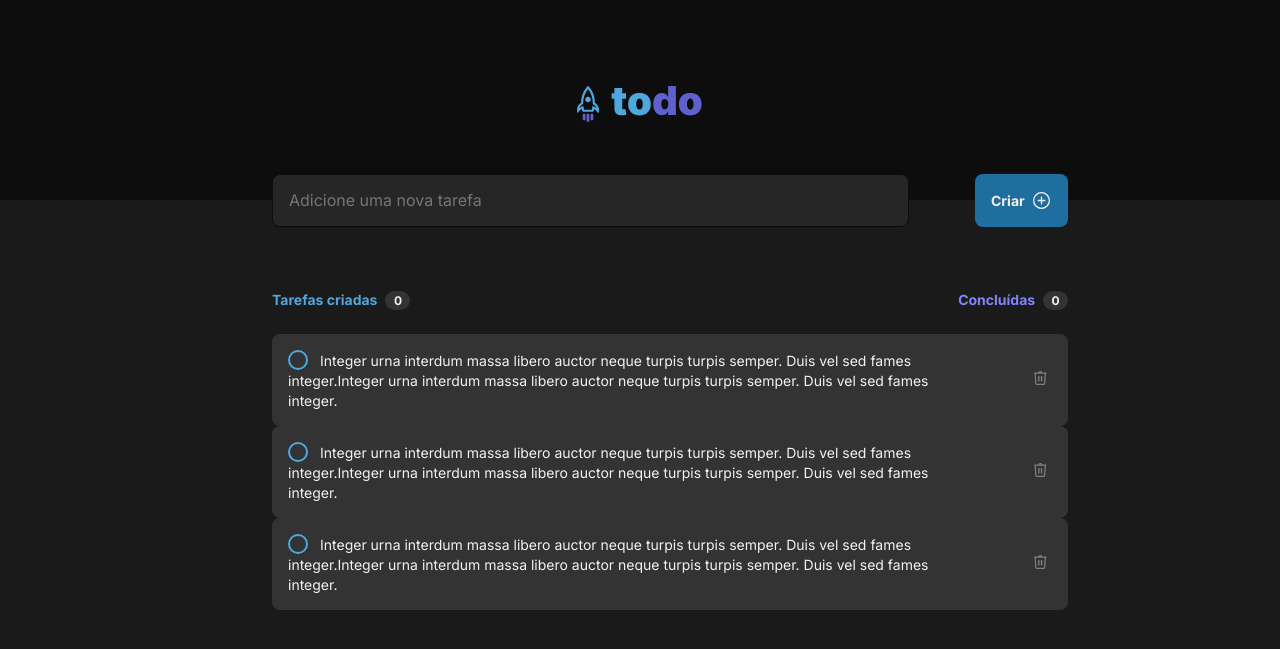
Repository: viniimartins/ToDoListROCKETSEAT
Page: /
An editor plug-in stored every save of this project. The page is shown before and after a run of saves, followed by the edit.
The browser window is 1280 px wide. The pictures show the whole page.
The project was rebuilt for these pictures with package versions that can differ from the ones it lists, and the page was loaded fresh each time. Also part of the build but not shown: vite.config.ts.

Above is the page before, as saved 2023-05-08 14:23:21.

### index.html
<!DOCTYPE html>
<html lang="en">
  <head>
    <meta charset="UTF-8" />

    <link rel="preconnect" href="https://fonts.googleapis.com" />
    <link rel="preconnect" href="https://fonts.gstatic.com" crossorigin />

    <link rel="icon" type="image/svg+xml" href="/vite.svg" />
    <meta name="viewport" content="width=device-width, initial-scale=1.0" />
    <title>Vite + React + TS</title>

    <link
      href="https://fonts.googleapis.com/css2?family=Inter:wght@400;700&display=swap"
      rel="stylesheet"
    />
  </head>
  <body>
    <div id="root"></div>
    <script type="module" src="/src/main.tsx"></script>
  </body>
</html>

### src/App.tsx
import { Header } from "./Components/Header";
import { AddTask } from "./Components/AddTask";
import { Task } from "./Components/Task";

import styles from "./App.module.css";
import "./global.css";

export function App() {
  return (
    <>
      <div>
        <Header />

        <main className={styles.wrapper}>
          <AddTask />

            <Task />
        </main>
      </div>
    </>
  );
}

### src/Components/Header.tsx
import styles from "./Header.module.css";
import Logo from "../assets/Logo.svg";

export function Header() {
  return (
    <>
      <header className={styles.header}>
        <img src={Logo} />
      </header>
    </>
  );
}

### src/Components/AddTask.tsx
import { PlusCircle } from "phosphor-react";
import styles from "./AddTask.module.css";

export function AddTask() {
  return (
    <div className={styles.inputs}>
      <input
        className={styles.inputText}
        type="text"
        placeholder="Adicione uma nova tarefa"
      />
      <button className={styles.Button}>
        <span className={styles.ButtonText}>Criar</span>
        <PlusCircle size={21} />
      </button>
    </div>
  );
}

### src/Components/Task.tsx
import { TaskCreated } from "./TaskCreated";
import { TaskNotCreate } from "./TaskNotCreated";
import styles from "./task.module.css";

export function Task() {
  return (
    <div className={styles.task}>
      <header className={styles.taskHeader}>
        <div className={styles.taskCreated}>
          <p>Tarefas criadas</p>

          <span className={styles.taskCounter}>
            <p>0</p>
          </span>
        </div>

        <div className={styles.taskConcluded}>
          <p>Concluídas</p>

          <span className={styles.taskCounter}>
            <p>0</p>
          </span>
        </div>
      </header>

      <div>
          <TaskCreated />
          <TaskCreated />
          <TaskCreated />

      </div>
    </div>
  );
}

### src/App.module.css
.wrapper {
  max-width: 46rem;
  margin: -1.656rem auto;

  display: grid;
  grid-template-columns: 1fr;
  gap: 4rem;
  align-items: flex-start;

}

### src/global.css
:root {
  --white: #fff;

  --gray-100: #f2f2f2;
  --gray-200: #d9d9d9;
  --gray-300: #808080;
  --gray-400: #333333;
  --gray-500: #262626;
  --gray-600: #1a1a1a;
  --gray-700: #0d0d0d;

  --purble: #8284fa;
  --purbleDark: #5e60ce;

  --blue: #4ea8de;
  --blueDark: #1E6F9F;

  --darger: #e25858;
}

:focus {
  outline: transparent;
  box-shadow: 0 0 0 2px var(--purbleDark);
}

* {
  margin: 0;
  padding: 0;
  box-sizing: border-box;
}

body {
  background: var(--gray-600);
  color: var(--gray-100);
  -webkit-font-smoothing: antialiased;
}

body,
input,
textarea,
button {
  font-family: "Inter", sans-serif;
  font-weight: 400;
  font-size: 1rem;
}

### src/Components/Header.module.css
.header {
  height: 12.5rem;
  background-color: var(--gray-700);
  display: flex;
  justify-content: center;
  align-items: center;
}

.header img {
  width: 7.875rem;
  height: 3rem;
}

### src/Components/AddTask.module.css
.inputs {
  display: flex;
  gap: 1rem;
}

.inputText {
  width: 39.813rem;
  height: 3.313rem;

  border-radius: 0.5rem;
  padding: 1rem;
  border: 1px solid var(--gray-700);
  color: var(--gray-100);

  font-weight: 400;
  font-size: 1rem;
  background-color: var(--gray-500);
}

.Button {
  display: flex;
  align-items: center;

  background-color: var(--blueDark);
  color: var(--gray-100);

  border: none;
  border-radius: 0.5rem;
  padding: 1rem;
  cursor: pointer;
  gap: 0.4rem;


  font-weight: 700;
  font-size: 0.875rem;
}

.Button:hover {
  background: var(--blue);
}

### src/Components/TaskCreated.tsx
import React, { useState } from "react";
import styles from "./TaskCreated.module.css";
import Trash from "../assets/trash.svg";

interface Props {
  label: string;
}

export function TaskCreated({ label }: Props) {
  const [checked, setChecked] = useState(false);

  const handleChange = (event: React.ChangeEvent<HTMLInputElement>) => {
    setChecked(event.target.checked);
  };

  return (
    <div className={styles.taskCreated}>
      <label className={styles.checkbox}>
        <input type="checkbox" checked={checked} onChange={handleChange} />
        <span className={styles.checkmark}></span>
        <span className={styles.label}>
          Integer urna interdum massa libero auctor neque turpis turpis semper.
          Duis vel sed fames integer.Integer urna interdum massa libero auctor neque turpis turpis semper.
          Duis vel sed fames integer.
        </span>
      </label>

      <button>
        <img src={Trash} alt="trash" />
      </button>
    </div>
  );
}

### src/Components/Task.module.css
.taskHeader {
  display: flex;
  justify-content: space-between;

  margin-bottom: 1.5rem;

}

.taskCreated {
  display: flex;
  gap: 0.5rem;
}

.taskCreated p {
  color: var(--blue);
  font-size: 0.875rem;
  font-weight: 700;
}

.taskConcluded {
  display: flex;
  gap: 0.5rem;
}

.taskConcluded p {
  color: var(--purble);
  font-size: 0.875rem;
  font-weight: 700;
}

.taskCounter {
  width: 25px;
  height: 19px;

  display: flex;
  align-items: center;
  justify-content: center;

  padding: 2px 8px;
  border-radius: 999px;

  background-color: var(--gray-400);
}

.taskCounter p {
  font-size: 12px;
  font-weight: 700;
  line-height: 15px;
  background-color: transparent;
  color: inherit;
}

### src/Components/TaskCreated.module.css
.taskCreated {
  display: flex;
  align-items: center;

  background-color: var(--gray-400);
  border-radius: 0.5rem;
  padding: 1rem;
}

.checkbox {
  display: inline-block;
  position: relative;
  cursor: pointer;
  user-select: none;
}

.checkbox input {
  position: absolute;
  opacity: 0;
  cursor: pointer;
}

.checkmark {
  position: absolute;
  top: 0;
  left: 0;
  height: 20px;
  width: 20px;
  border: 2px solid var(--blue);
  border-radius: 50%;
  background-color: transparent;
}

.checkbox:hover input ~ .checkmark {
  background-color: var(--blueDark);
}

.checkbox input:checked ~ .checkmark {
  background-color: var(--purbleDark);
  border-color: var(--purbleDark);
}

.checkbox input:checked ~ .checkmark:hover {
  background-color: var(--purble);
  border-color: var(--purble);
}

.checkmark::after {
  content: "";
  position: absolute;
  display: none;
}

.checkbox input:checked ~ .checkmark::after {
  display: block;
}

.checkbox .checkmark::after {
  left: 5px;
  top: 1px;
  width: 4px;
  height: 9px;
  border: solid white;
  border-width: 0 1.9px 1.9px 0;
  transform: rotate(45deg);
}

.label {
  margin-left: 2rem;
  font-size: 0.875rem;
}

button {

  margin-left: 50px;
  border: none;
  background: none;
}

Loaded but not shown: src/main.tsx (common file)

After the next 2 saves:
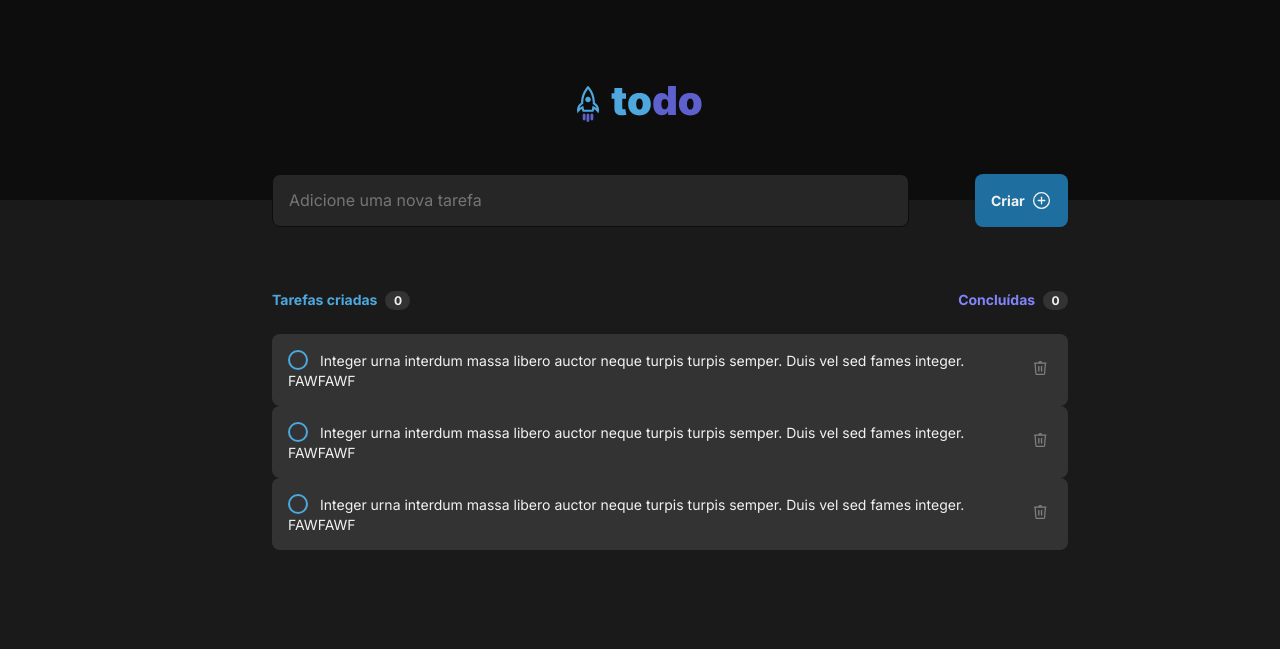
The 2 saves are shown as one change because they came seconds apart.
The last was saved 7 s later.
--- a/src/Components/TaskCreated.tsx
+++ b/src/Components/TaskCreated.tsx
@@ -20,8 +20,7 @@ export function TaskCreated({ label }: Props) {
         <span className={styles.checkmark}></span>
         <span className={styles.label}>
           Integer urna interdum massa libero auctor neque turpis turpis semper.
-          Duis vel sed fames integer.Integer urna interdum massa libero auctor neque turpis turpis semper.
-          Duis vel sed fames integer.
+          Duis vel sed fames integer. FAWFAWF
         </span>
       </label>
 
